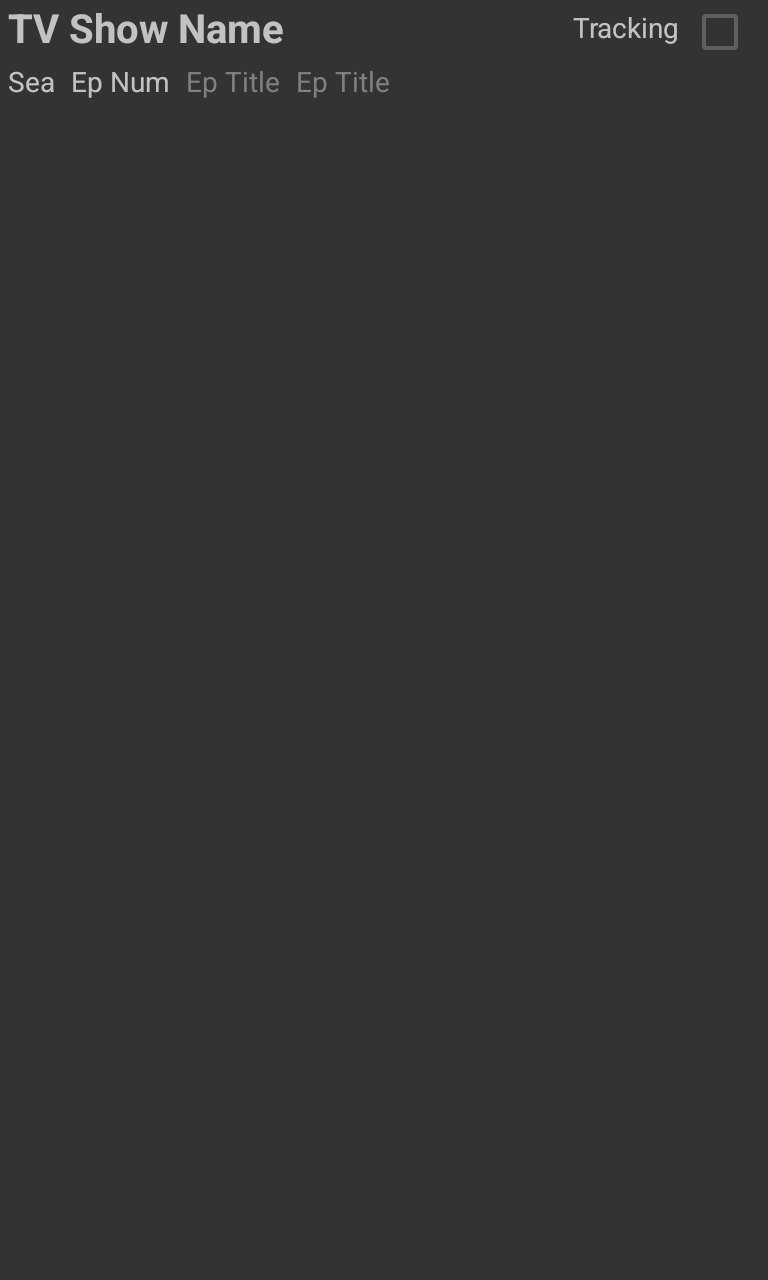
Repository: Jeedan/learning-android-apps
Layout: TvShowTracker/res/layout/list_item_tvshow.xml
The author's editor kept a copy of each file at every save. The layout is drawn from the files as they stood at one save, then again after the next save.
It is drawn on a 768 x 1280 px phone screen (xhdpi) without system bars, with theme AppTheme; the app's code is not run. The app's manifest (not shown) leaves right-to-left support off. So textAlignment, textDirection and layoutDirection are ignored, and left and right values win over start and end ones.

Above is the layout before, as saved 2014-11-01 10:55:23.

After the next save:
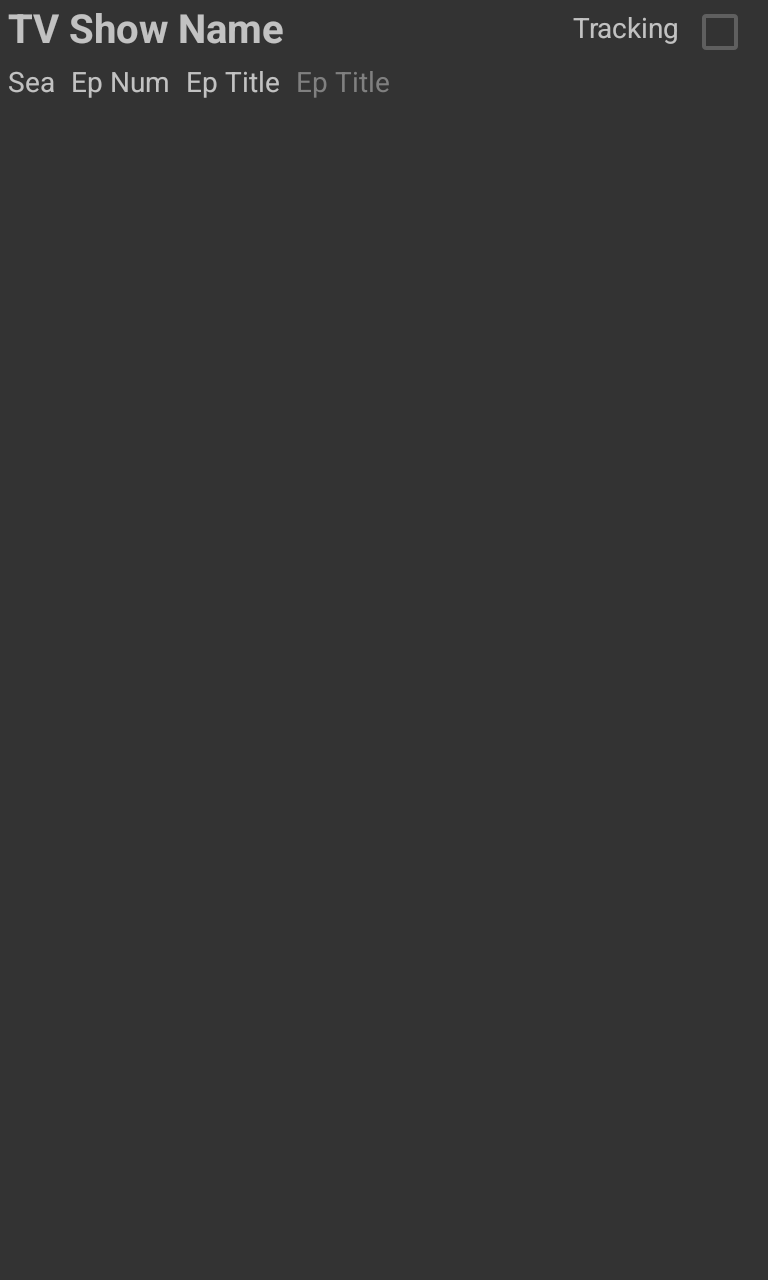
Saved 4 s later.
--- a/TvShowTracker/res/layout/list_item_tvshow.xml
+++ b/TvShowTracker/res/layout/list_item_tvshow.xml
@@ -65,8 +65,7 @@
         android:layout_below="@id/tv_show_name_text_view"
         android:layout_toEndOf="@id/tv_show_episode_number_text_view"
         android:layout_toRightOf="@id/tv_show_episode_number_text_view"
-        android:text="@string/tv_show_episode_title"
-        android:textColor="@android:color/tertiary_text_light"/>
+        android:text="@string/tv_show_episode_title"/>
 
 	<TextView
         android:id="@+id/show_release_date"
